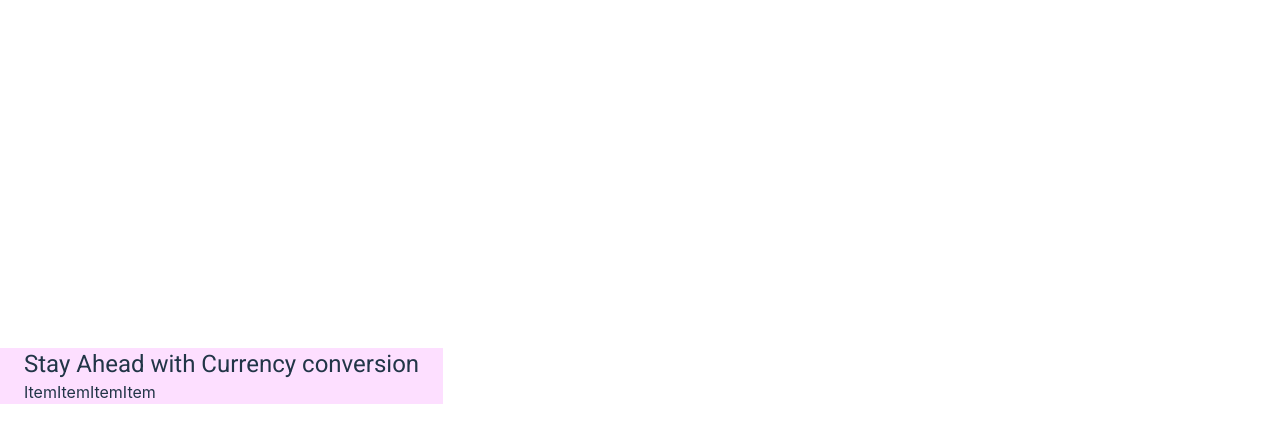
Repository: Asad-devv/CURRENCY
Page: /
The author's editor kept a copy of each file at every save. The page is drawn from the files as they stood at one save, then again after the next save.
The browser window is 1280 px wide. The pictures show the whole page.
The project was rebuilt for these pictures with package versions that can differ from the ones it lists, and the page was loaded fresh each time. Also part of the build but not shown: craco.config.js.

Above is the page before, as saved 2023-03-01 20:09:58.

After the next save:
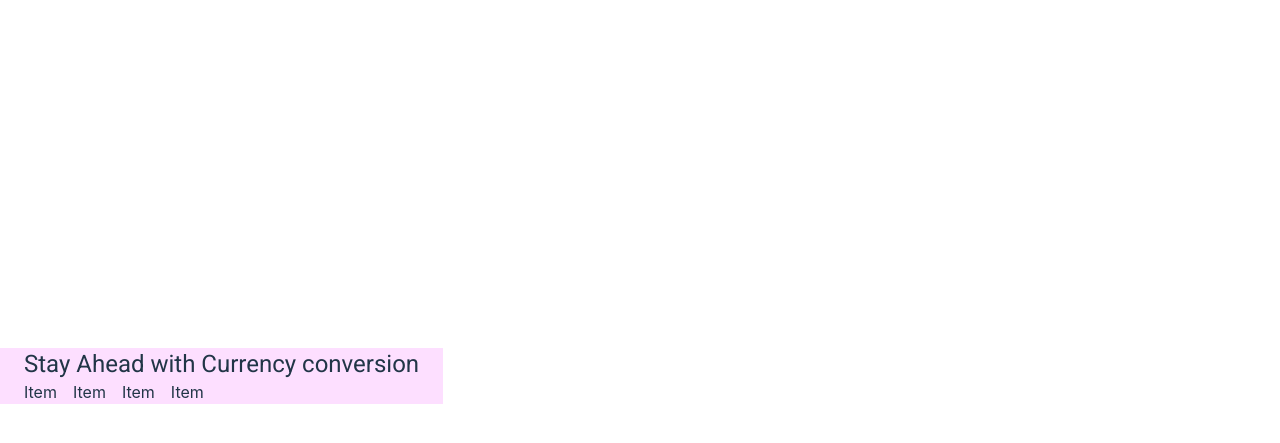
Saved 7 s later.
--- a/src/App.jsx
+++ b/src/App.jsx
@@ -9,7 +9,7 @@ function App() {
   return (
     <Container maxWidth="md" sx={{ background: "#fddfff" }}>
       <Typography variant = "h5"sx={{mt:"2rem"}}>Stay Ahead with Currency conversion</Typography>
-      <Grid container>
+      <Grid container spacing ={2}>
         <Grid item>
           Item
         </Grid>
